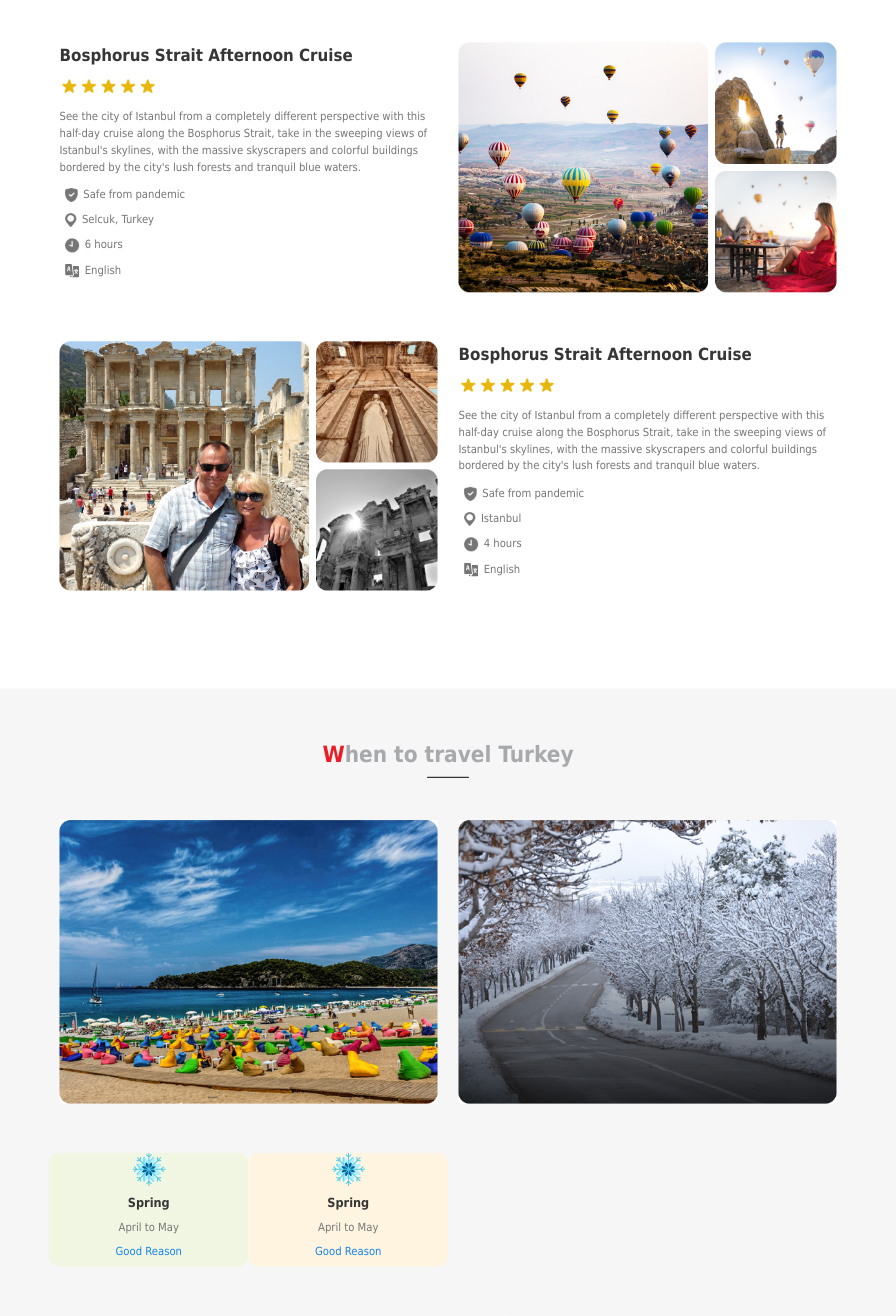
Repository: cvminhquan/turkey
Page: index.html
The author's editor kept a copy of each file at every save. The page is drawn from the files as they stood at one save, then again after the next save.
The browser window is 1280 px wide. The pictures show the part of the page from y = 1881 to 3801 px (the page is 3761 px tall before and 3801 px after), at 70% of full size.
The style sheet was rebuilt from its Sass, Less or Tailwind sources for each picture, by a compiler version that may differ from the author's.

Above is the page before, as saved 2022-09-15 19:56:12.

After the next save:
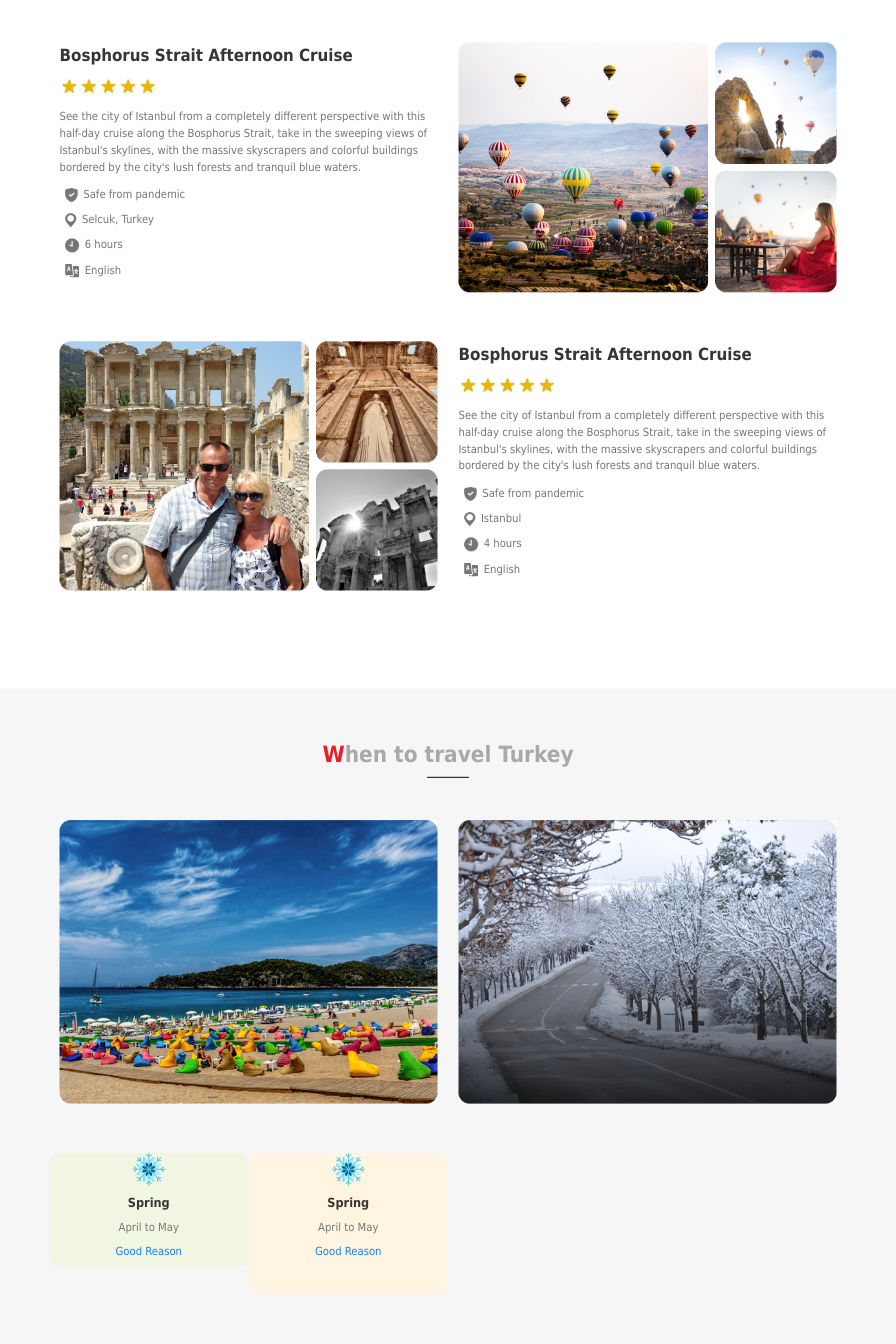
Saved 89 s later.
--- a/index.html
+++ b/index.html
@@ -192,7 +192,7 @@
                     </div>
                 </div> -->
                 <div class="row">
-                    <div class="col-3 text-center bg-spring px-0 mx-16">
+                    <div class="col-3 text-center bg-spring px-0 mb-40">
                         <p class=" bdr text-center "><img src="./images/icon-snow.svg " alt=" "></p>
                         <h2>Spring</h2>
                         <p>

After the save that followed:
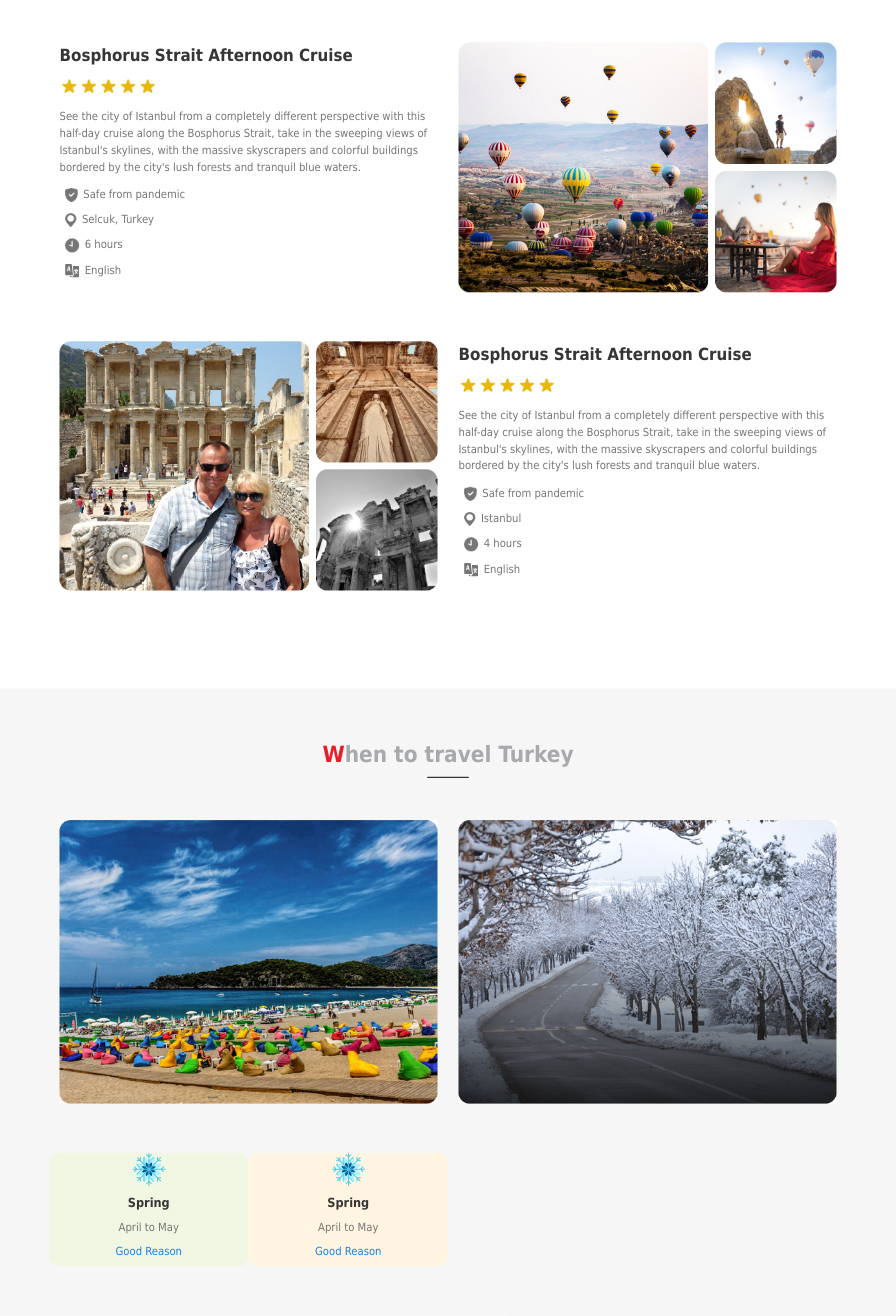
Saved 12 s later.
--- a/index.html
+++ b/index.html
@@ -192,7 +192,7 @@
                     </div>
                 </div> -->
                 <div class="row">
-                    <div class="col-3 text-center bg-spring px-0 mb-40">
+                    <div class="col-3 text-center bg-spring px-0">
                         <p class=" bdr text-center "><img src="./images/icon-snow.svg " alt=" "></p>
                         <h2>Spring</h2>
                         <p>
